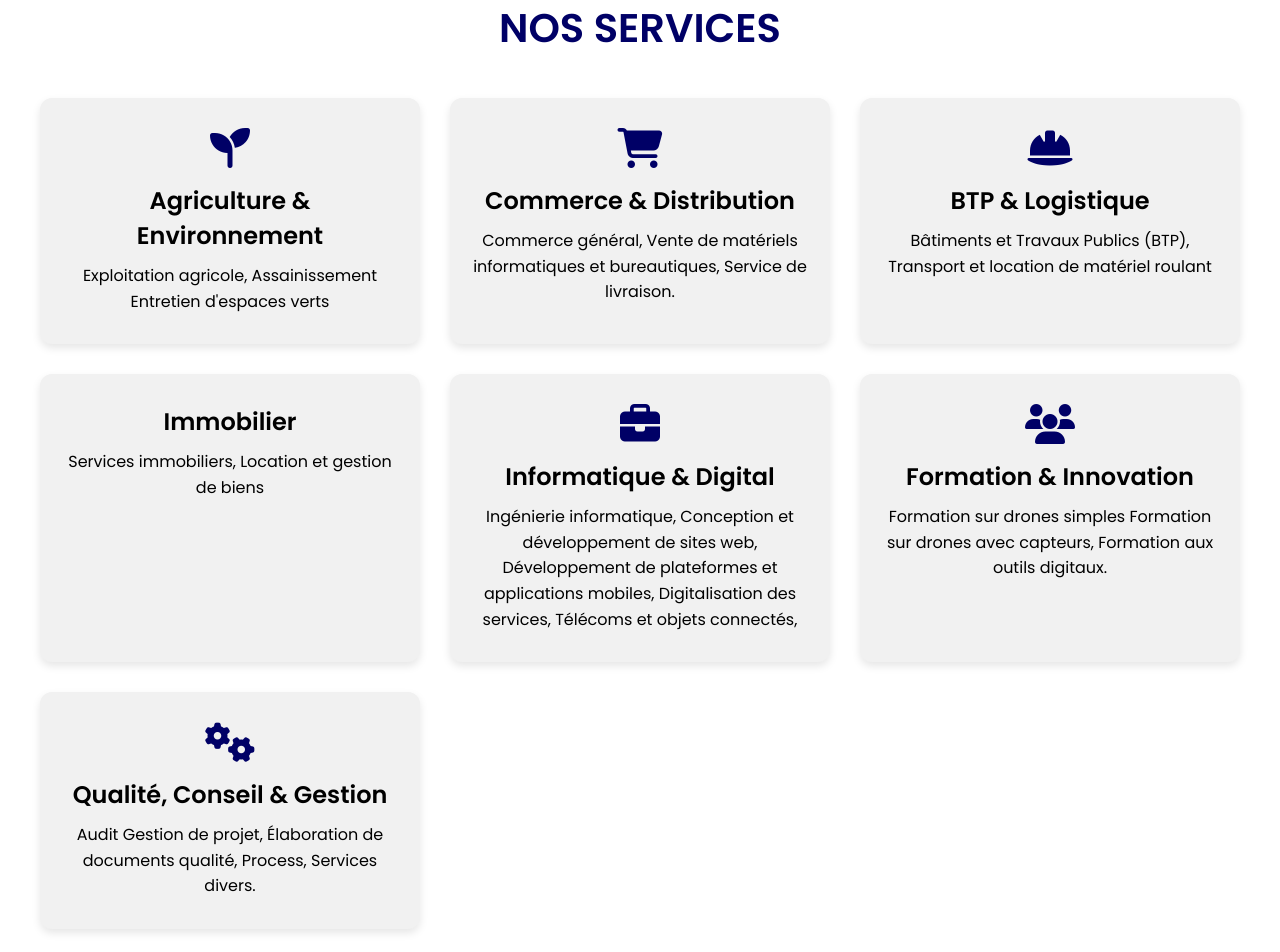
Repository: prestige225/prestige_services_et_finances
Page: AM.HTML
An editor plug-in stored every save of this project. The page is shown before and after the next save, followed by the edit.
The browser window is 1280 px wide. The pictures show the part of the page from y = 902 to 1854 px (the page is 1911 px tall).

Above is the page before, as saved 2025-05-30 02:35:47.
Not found: style.css

### AM.HTML

<!DOCTYPE html>
<html lang="fr">
<head>
  <meta charset="UTF-8">
  <meta name="viewport" content="width=device-width, initial-scale=1.0">
  <title>Prestige Service et Finance</title>
  <link rel="stylesheet" href="style.css">
  <link rel="stylesheet" href="https://cdnjs.cloudflare.com/ajax/libs/font-awesome/6.5.0/css/all.min.css">

  <style>
    @import url('https://fonts.googleapis.com/css2?family=Poppins:wght@300;400;600&display=swap');

    * {
      box-sizing: border-box;
      padding: 0;
      margin: 0;
      font-family: 'Poppins', sans-serif;
    }

    body {
      background-color: #f5f5f5;
      padding-top: 100px;
      transition: background-color 0.3s ease;
    }

    header {
      background: linear-gradient(90deg, #0066FF, #000066);
      color: white;
      display: flex;
      justify-content: space-between;
      align-items: center;
      padding: 10px 30px;
      position: fixed;
      top: 0;
      left: 0;
      width: 100%;
      z-index: 1000;
    }

    .logo {
      display: flex;
      align-items: center;
      gap: 10px;
    }

    .logo img {
      width: 80px;
      height: 80px;
      object-fit: cover;
      border-radius: 50%;
    }

    .logo h1 {
      color: #fff;
      font-size: 1.5rem;
      text-transform: uppercase;
    }

    .logo h1:hover {
      color: rgb(22, 190, 22);
      text-decoration: underline;

    }

    nav ul {
      display: flex;
      gap: 25px;
      list-style: none;
    }

    nav ul li {
      opacity: 0;
      transform: translateY(-20px);
      animation: fadeIn 1s ease-out forwards;
    }

    @keyframes fadeIn {
      to {
        opacity: 1;
        transform: translateY(0);
      }
    }

    nav ul li a {
      text-decoration: none;
      color: white;
      font-size: 18px;
      font-weight: bold;
      transition: 0.3s;
    }

    nav ul li a:hover {
      color: rgb(22, 190, 22);
      text-decoration: underline;
    }

    /* Responsive mobile */
    @media (max-width: 768px) {
      header {
        flex-direction: column;
        align-items: flex-start;
        padding: 15px;
      }

      nav ul {
        flex-direction: column;
        gap: 10px;
        margin-top: 10px;
      }

      .logo {
        justify-content: center;
        width: 100%;
      }
    }


    /* Section Services */
.services {
  background-color: #ffffff;
  padding: 80px 20px;
  text-align: center;
}

.section-title {
  font-size: 2.5rem;
  color: #000066;
  margin-bottom: 40px;
  text-transform: uppercase;
  font-weight: 600;
}

.service-list {
  display: grid;
  grid-template-columns: repeat(auto-fit, minmax(280px, 1fr));
  gap: 30px;
  max-width: 1200px;
  margin: auto;
}

.service-item {
  background-color: #f1f1f1;
  border-radius: 12px;
  padding: 30px 20px;
  box-shadow: 0 4px 8px rgba(0, 0, 0, 0.1);
  transition: transform 0.3s ease;
}

.service-item:hover {
  transform: translateY(-10px);
  background-color: #0066FF;
  color: white;
}

.service-item i {
  font-size: 40px;
  margin-bottom: 15px;
  color: #000066;
}

.service-item h3 {
  font-size: 1.5rem;
  margin-bottom: 10px;
}

.service-item p {
  font-size: 1rem;
  line-height: 1.6;
}



    /* Section HERO */
.hero {
  position: relative;
  height: 100vh;
  background: url('image/ca.jpg') no-repeat center center/cover;
  display: flex;
  justify-content: center;
  align-items: center;
  color: white;
}

.welcome-section {
  position: absolute;
  width: 100%;
  height: 100%;
  background-color: rgba(0, 0, 0, 0.5); /* Overlay sombre */
  display: flex;
  justify-content: center;
  align-items: center;
  text-align: center;
  padding: 20px;
}

.welcome-title {
  font-size: 3rem;
  font-weight: bold;
  margin-bottom: 20px;
  animation: fadeInDown 1s ease-out;
}

.welcome-subtitle {
  font-size: 1.5rem;
  font-weight: 300;
  animation: fadeInUp 1s ease-out;
}

/* Animations */
@keyframes fadeInDown {
  from {
    opacity: 0;
    transform: translateY(-50px);
  }
  to {
    opacity: 1;
    transform: translateY(0);
  }
}

@keyframes fadeInUp {
  from {
    opacity: 0;
    transform: translateY(50px);
  }
  to {
    opacity: 1;
    transform: translateY(0);
  }
}

/* Responsive */
@media (max-width: 768px) {
  .welcome-title {
    font-size: 2rem;
  }
  .welcome-subtitle {
    font-size: 1.2rem;
  }
}
  </style>
</head>
<body>
  <header class="site-header">
    <div class="logo">
      <img src="image/prestige.jpg" alt="Prestige Service Logo">
      <h1>Prestige Service Et Finance</h1>
    </div>
    <nav>
      <ul class="nav-list">
        <li><a href="index.html">Accueil</a></li>
        <li><a href="prestige.html">À propos</a></li>
        <li><a href="finance.html">Demande de service / devis</a></li>
        <li><a href="contact.html">Contact</a></li>
      </ul>
    </nav>

  </header>

  <!-- section HERO -->
    <section class="hero">
    <div class="welcome-section">
      <div class="welcome-overly">
        <h1 class="welcome-title">Bienvenue à Prestige Service Et Finance</h1>
        <p class="welcome-subtitle">Votre administratiion en poche</p>
      </div>
    </div>
  </section>

  <!-- section de service -->

  <section class="services" id="services">
  <div class="container">
    <h2 class="section-title">Nos Services</h2>
    <div class="service-list">
      <div class="service-item">
        <i class="fas fa-seedling"></i>

        <h3>Agriculture & Environnement
</h3>
        <p>Exploitation agricole,

Assainissement

Entretien d'espaces verts

</p>
      </div>
      <div class="service-item">
        <i class="fas fa-shopping-cart"></i>

        <h3>Commerce & Distribution</h3>
        <p>Commerce général,

Vente de matériels informatiques et bureautiques,
Service de livraison.</p>
      </div>
      <div class="service-item">
        <i class="fas fa-hard-hat"></i>
        <h3>BTP & Logistique</h3>
        <p>Bâtiments et Travaux Publics (BTP),

Transport et location de matériel roulant</p>
      </div>
      <div class="service-item">
       <i></i>
       <h3> Immobilier</h3>
       <p>Services immobiliers,

Location et gestion de biens</p>
      </div>
        <div class="service-item">
            <i class="fas fa-briefcase"></i>
            <h3>Informatique & Digital</h3>
            <p>Ingénierie informatique,

Conception et développement de sites web,

Développement de plateformes et applications mobiles,

Digitalisation des services,

Télécoms et objets connectés,



</p>
    </div>
        <div class="service-item">
            <i class="fas fa-users"></i>
            <h3>Formation & Innovation</h3>
            <P>Formation sur drones simples

Formation sur drones avec capteurs,

Formation aux outils digitaux.

</P>
  </div>
      <div class="service-item">
        <i class="fas fa-cogs"></i>
        <h3>Qualité, Conseil & Gestion</h3>
        <p>
          Audit

Gestion de projet,

Élaboration de documents qualité,

Process,

Services divers.


        </p>
        </div>

</body>
</html>

After the next save:
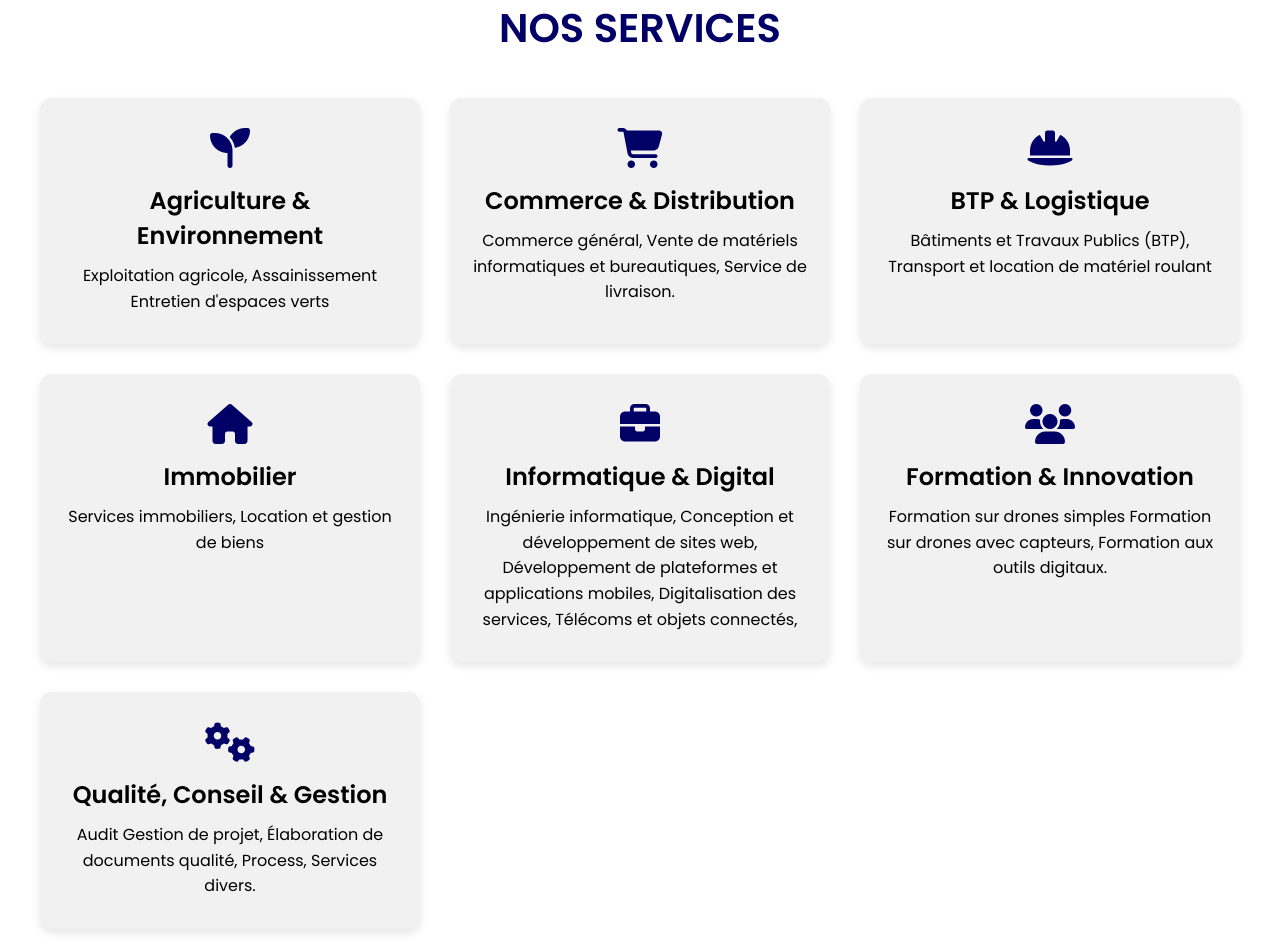
Saved 2 min 1 s later.
--- a/AM.HTML
+++ b/AM.HTML
@@ -304,7 +304,8 @@
 Transport et location de matériel roulant</p>
       </div>
       <div class="service-item">
-       <i></i>
+        <i class="fas fa-house"></i>
+
        <h3> Immobilier</h3>
        <p>Services immobiliers,
 
